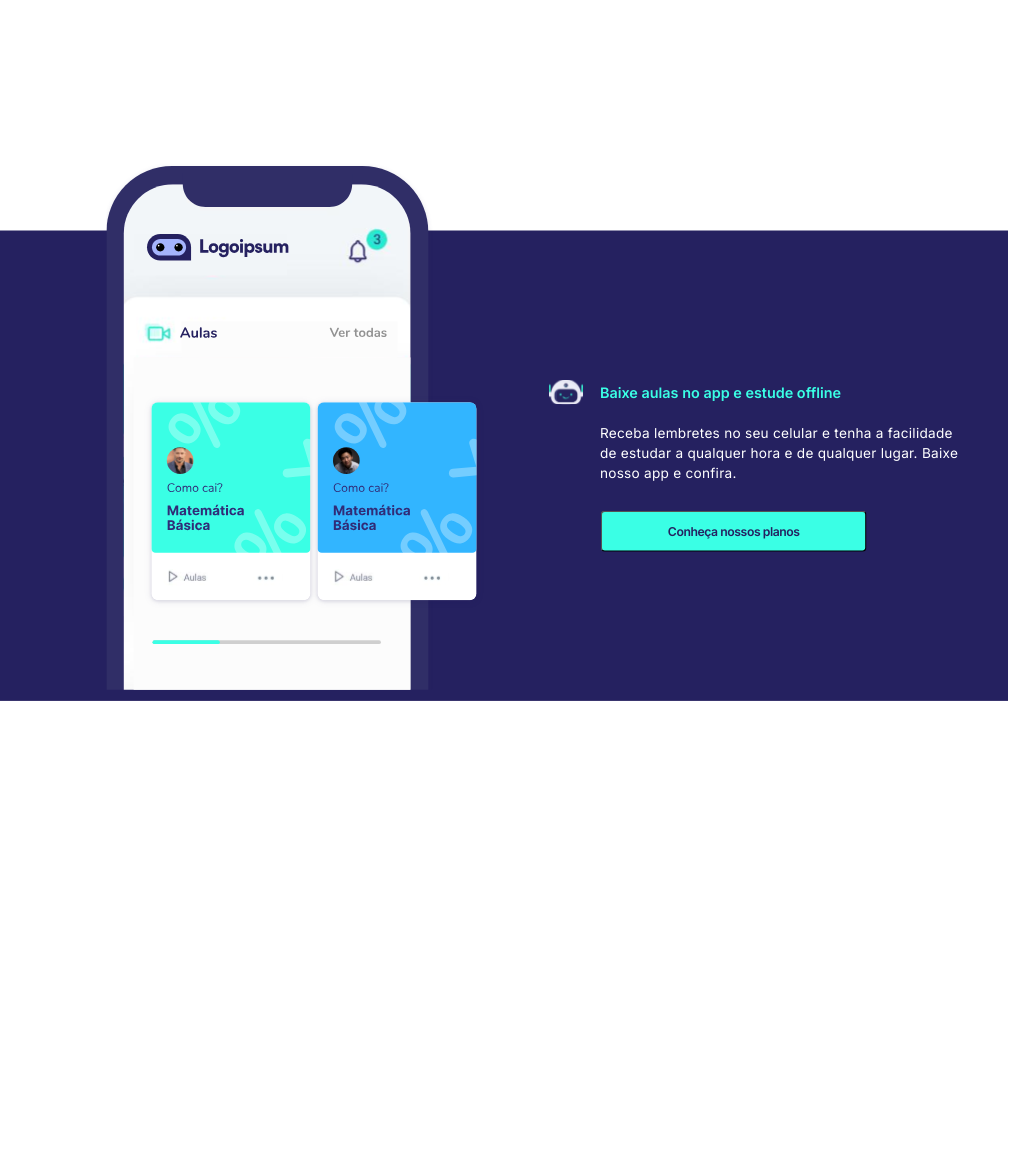
Repository: Williamlmachado/Desafio-Landing-page
Page: index.html
An editor plug-in stored every save of this project. The page is shown before and after the next save, followed by the edit.
The browser window is 1280 px wide. The page is 1452 px wide, so the pictures cover 1452 px, including what lies to the right of the window. The pictures show the part of the page from y = 4206 to 5886 px (the page is 5886 px tall before and 5207 px after), at 70% of full size.
Some icons come from a web library that is not loaded, so they are not drawn.

Above is the page before, as saved 2021-11-10 19:37:09.

### index.html
<!DOCTYPE html>
<html lang="en">

<head>
  <meta charset="UTF-8">
  <meta http-equiv="X-UA-Compatible" content="IE=edge">
  <meta name="viewport" content="width=device-width, initial-scale=1.0">
  <link rel="stylesheet" href="path/to/font-awesome/css/font-awesome.min.css">
  <link href="https://fonts.googleapis.com/css2?family=Inter:wght@100;200;300;400;500;600&display=swap" rel="stylesheet">
  <link href="https://fonts.googleapis.com/css2?family=Nunito:ital,wght@0,200;0,300;0,400;0,700;0,800;0,900;1,200;1,300;1,400;1,600;1,700;1,800;1,900&display=swap" rel="stylesheet">
  <link href="https://fonts.googleapis.com/css2?family=Fredoka+One&display=swap" rel="stylesheet">
  <link href="https://cdn.jsdelivr.net/npm/bootstrap@5.1.3/dist/css/bootstrap.min.css" rel="stylesheet"
    integrity="sha384-1BmE4kWBq78iYhFldvKuhfTAU6auU8tT94WrHftjDbrCEXSU1oBoqyl2QvZ6jIW3" crossorigin="anonymous">
  <link rel="stylesheet" href="style.css">
  <script src="https://cdn.jsdelivr.net/npm/bootstrap@5.1.3/dist/js/bootstrap.bundle.min.js"
    integrity="sha384-ka7Sk0Gln4gmtz2MlQnikT1wXgYsOg+OMhuP+IlRH9sENBO0LRn5q+8nbTov4+1p"
    crossorigin="anonymous"></script>
  <title>Document</title>

<body>
  <nav class="navbar navbar-expand-lg navbar-light bg-light">
    <a class="navbar-brand" href="#">
      <img src="img/logoipsum-logo-40 2.svg" alt="logo">
    </a>
    <button class="navbar-toggler" type="button" data-toggle="collapse" data-target="#navbarNav" aria-controls="navbarNav" aria-expanded="false" aria-label="Toggle navigation">
      <span class="navbar-toggler-icon"></span>
    </button>
    <nav>
    <div class="collapse navbar-collapse" id="navbarNav">
      <ul class="navbar-nav">
      <nav class="navbar-nav ml-auto">
        <li class="nav-item">
          <a class="nav-link disabled" href="#">Home <span class="sr-only"></span></a>
        </li>
        <li class="nav-item">
          <a class="nav-link disabled" href="#">Quem Somos</a>
        </li>
        <li class="nav-item-right">
          <a class="nav-link disabled" href="#">Plano</a>
        </li>
        <li class="nav-item">
          <a class="nav-link disabled" href="#">Fale Conosco</a>
        </li>
        <li class="nav-item">
          <button class="nav-button" type="button">Entrar</button>
        </li>
      </nav>
      </ul>
    </div>
  </nav>
    <div class="retangle-1">
      <div class="row">
          <div class="retangle-8">
           <div class="col"><img class="spaceboy" src="img/image 3.svg" alt="astronauta"><H4 class="frase1">Seja aprovado no Enem e Vestibulares :)</H4>
          <H1 class="frase2">Você escolhe o que aprender.</H1></div>
          <h4 class="frase3">Aqui você terá toda assistência que precisa
            com materiais desenvolvido por mestres e doutores em matemática</h4>
          <button type="button" class="buttonret"><p class="fraseButton">Veja nossos planos</p><i class="fas fa-arrow-right"></i></button>
          </div>
          </div>
        <div class="col"><img class="boy" src="img/image 8.svg" alt="garoto"></div>
     </div>
    </div>
  <div class="retangle-2">
    <div class="escolas">
    <img src="img/Captura de Tela 2021-05-22 às 02.33 1.svg" alt="escolas">
  </div>
  <div class="row">
    <div class="col"><img class="smallogos" src="img/Group 53.svg" alt="smallogos"><p class="group12"><img class="group12" src="img/Group 12.svg"></p><p><img class="group13" src="img/Group 13.svg"></p><p><img class="group14" src="img/Group 14.svg"></p></div>
    <div class="col"><img class="adolescente" src="img/pretty-teenager-happy-to-be-back-at-university 1.svg" alt="prettyteenager"></div>
  </div>
    <div class="retangle-3">
      <div class="row">
        <div class="column1"><img class="feliz" src="img/image 43.svg" alt="foguete"><div class="frase4"><p>100% MATEMÁTICA</p></div><h3 class="frase5">Matemática pra quem quer entrar na facul</h3><h4 class="frase6">Somos um cursinho online especialista em ensinar matemática. Temos os melhores professores mestres e doutores para tirar suas dúvidas e te ensinar matemática desde a teoria até a resolução de exercícios de todos os níveis.</h4></div></div>

       <div class="column2"><img class="foguete" src="img/image 45.svg" alt="feliz"><div class="frase7"><p>QUER SER APROVADO?</p></div><h3 class="frase8">Se seu foco é ser aprovado, nós estamos aqui por você.</h3><h4 class="frase9">Somos um cursinho online especialista em ensinar matemática. Temos os melhores professores mestres e doutores para tirar suas dúvidas e te ensinar matemática desde a teoria até a resolução de exercícios de todos os níveis.</h4></div></div>
        </div>
      </div>
    </div>
    <div class="retangle-5">
      <div class="row">
        <div class="col-1">
            <div class="retint1"><h4 class="nossosplanos">Nossos planos</h4><p class="invista"></p></div>
        </div>
        <div class="col-2">
          <div class="retint2"></div>
        </div>
      </div>

    </div>
    <div class="retangle-4">
      <div class="row">
        <div class="col"><img class="celular" src="img/Frame 12.svg"><img class="celulardados" src="img/Group 41.svg"><img class="spaceboy2" src="img/image 3.svg" alt="spaceboy2"><h4 class="Baixe">Baixe aulas no app e estude offline</h4><p class="receba">Receba lembretes no seu celular e tenha a facilidade de estudar a qualquer hora e de qualquer lugar.
          Baixe nosso app e confira.</p><button type="button" class="buttonret4"><p class="fraseButton">Conheça nossos planos</p><i class="fas fa-arrow-right"></i></button></div>
        <div class="col"></div>
    </div>
  </div>
  <!-- <footer id="footer" class="py-5">
    <div class="row">
      <div class="col-md-5">
        <img class="" src="img/logoipsum-logo-40 2.svg" alt="logo">
        <div><img class=""src="img/Captura de Tela 2021-05-25 às 19.59 1.svg" alt="androideios"></div>
      </div>
      <div class="col-sm-2">
        <h5>Localização</h5>
        <p>Av. Brg. Faria Lima , 1422 São Paulo - SP </p>
      </div>
      <div class="col-sm-2">
        <h5>Fale Conosco</h5>
        <p>(22) 4442-0126</p>
        <p>info@digihouse.com</p>
      </div>
      <div class="col-sm-2">
        <h5>Política</h5>
        <p>Direitos autorais</p>
        <p>Termos de uso</p>
        <p>Políticas de Privacidade</p>
      </div>
      <hr class="linha"> -->
      <!-- <img class="copyright" src="img/Copyright.svg" alt="copyright"> -->
<span>Copyright 2021. All Right Reserved </span>
  </footer>
  </div>
</body>
</head>
</html>

### style.css
.nav-button{
    display: flex;
    flex-direction: row;
    justify-content: center;
    align-items: center;
    padding: 15px 116px;

    width: 133px;
    height: 43px;
    left: 1239px;
    top: 18px;

    /* Primary */
    background: #252160;

    /* Branco */
    border: 1px solid #FFFFFF;
    box-sizing: border-box;
    border-radius: 6px;
    color: #FFFFFF;
}

.nav-home{
    position: absolute;
    width: 46px;
    height: 22px;
    left: 5px;
    top: 0px;

    font-family: Inter;
    font-style: normal;
    font-weight: bold;
    font-size: 16px;
    line-height: 22px;

    /* identical to box height, or 137% */

    /* Primary */
    color: #252160;
}

.navbrad-brand{
    position: absolute;
    left: 58.02%;
    right: 35.2%;
    top: 34.99%;
    bottom: 29.03%;

    /* Primary */
    background: #252160;
}

#footer{
    position: absolute;
    width: 1550px;
    height: 373px;
    /* left: calc(50% - 1449px/2 + 4.5px); */
    top: calc(50% - 373px/2 + 2603.5px);

    /* Branco */
    background: #FFFFFF;
}

.imagemfooter{
    position: absolute;
    left: 3.51%;
    right: 72.51%;
    top: 18.75%;
    bottom: 18.75%;
    color: #A5B4FC;
}

.linha{
    margin-top: 150px;
    position: absolute;
    width: 1210px;
    left: 135px;
    border: 1px solid rgba(84, 84, 212, 0.34);
}

.col-md-5{
    align-items: center;
    align-content: center;
}

.copyright{

}

.retangle-1{
    position: absolute;
    width: 1440px;
    height: 821px;
    left: 0px;
    top: 79px;

    /* Primary */
    background: #252160;
}

.spaceboy{
    position: absolute;
    width: 50.02px;
    height: 36.06px;
    left: 125px;
    right: 150px;
    flex: none;
    order: 0;
    flex-grow: 0;
    margin: 50px -15px;
    transform: rotate(+15.22deg);
}

.retangle-2{
    position: absolute;
    width: 1440px;
    height: 821px;
    left: 0px;
    top: 900px;
    background: #ffff;
}
.retangle-3{
    position: absolute;
    width: 1440px;
    height: 954px;
    left: 0px;
    top: 800px;
    background: #F8F8F8
}

.escolas{
    position: absolute;
    width: 1270px;
    height: 164px;
    left: 66px;
    top: 35px;
}

.adolescente{
    position: relative;
    width: 600px;
    height: 738px;
    left: 25px;
    top: 105px;
    flex: none;
    order: 0;
    flex-grow: 0;
    margin: 6px 0px;
}

.smallogos{
    position: absolute;
    width: 67.79px;
    height: 403.63px;
    left: 112px;
    top: 275px;
}

.group12{
    position: absolute;
    width: 510.72px;
    height: 141px;
    left: 80px;
    top: 220px;
}

.group13{
    position: absolute;
    width: 510.72px;
    height: 155px;
    left: 195px;
    top: 275px;
}

.group14{
    position: absolute;
    width: 510.72px;
    height: 131px;
    left: 214px;
    top: 618px;
}

.boy{
    position: absolute;
    left: 763px;
    right: 143px;
    top: 153px;
    bottom: 120px;

}

.retangle-8{
    /* Rectangle 8 */

    position: absolute;
    width: 741.6px;
    height: 645.98px;
    left: 60px;
    top: 106px;

    background: #292663;
    border-radius: 124px;
    transform: rotate(-15.22deg);
    }

.frase1{
    position: absolute;
    width: 472px;
    height: 28px;
    top: 81PX;
    left:200px;
    right: 100px;

    font-family: inter;
    font-style: normal;
    font-weight: bold;
    font-size: 20.59px;
    line-height: 26px;

    color: #3AFFE5;
    flex: none;
    order: 1;
    flex-grow: 0;
    margin: 50px -30px;
    transform: rotate(+15.22deg);
}

.frase2{
    position: absolute;
    width: 631px;
    height: 151px;
    left: 65px;
    top: 200px;

    font-family: Fredoka One;
    font-style: normal;
    font-weight: normal;
    font-size: 65.1467px;
    line-height: 76px;
    transform: rotate(+15.22deg);
    /* or 116% */
    letter-spacing: -0.01em;

    /* Branco */
    color: #FFFFFF;
}

.frase3{
    position: absolute;
    width: 523px;
    height: 87px;
    left: 35px;
    top: 350px;

    font-family: Inter;
    font-style: normal;
    font-weight: normal;
    font-size: 19.45px;
    line-height: 29px;
    transform: rotate(+15.22deg);
    /* or 149% */
    letter-spacing: 0.38px;

    color: #FFFFFF;
}

.buttonret{
    display: flex;
    flex-direction: row;
    justify-content: center;
    align-items: center;
    padding: 15px 116px;

    position: absolute;
    width: 380.41px;
    height: 59.33px;
    left: 15px;
    top: 440px;
    transform: rotate(+15.22deg);
    /* Secundary */
    background: #3AFFE5;
    border-radius: 6px;
}

.fraseButton{
    position: static;
    height: 21px;
    left: 22.42%;
    right: 37.1%;
    top: calc(50% - 21px/2 + 0px);

    font-family: Inter;
    font-style: normal;
    font-weight: bold;
    font-size: 17.45px;
    line-height: 21px;
    text-align: center;
    letter-spacing: -0.618281px;

    /* Primary */
    color: #252160;


    /* Inside Auto Layout */
    flex: none;
    order: 0;
    flex-grow: 0;
    margin: 0px 24px;
}

.feliz{

    position: absolute;
    width: 430.2px;
    height: 469.21px;
    left: 817.06px;
    top: 425px;
    background: url(.png);
    transform: rotate(-12.24deg);
}

.frase4{
    position: absolute;
    width: 394.54px;
    height: 30px;
    left: 705px;
    top: 88px;
    font-family: Nunito;
    font-style: normal;
    font-weight: bold;
    font-size: 22px;
    line-height: 30px;
    /* Azul */
    color: #32B5FF;
}

.frase5{
    position: absolute;
width: 575.63px;
height: 122px;
left:705px;
top: 123px;

font-family: Nunito;
font-style: normal;
font-weight: bold;
font-size: 44.83px;
line-height: 61px;

/* Primary */
color: #252160;
}

.frase6{
    position: absolute;
    width: 600px;
    height: 182.69px;
    left: 705px;
    top: 261px;

    font-family: Inter;
    font-style: normal;
    font-weight: normal;
    font-size: 20px;
    line-height: 37px;

    /* or 186% */

    /* Gray - 200 */
    color: #7B7B7B;
}

.frase7{
    position: absolute;
    width: 394.54px;
    height: 30px;
    left: 135px;
    top: 575px;
    font-family: Nunito;
    font-style: normal;
    font-weight: bold;
    font-size: 22px;
    line-height: 30px;
    /* Azul */
    color: #32B5FF;
}


.frase8{
    position: absolute;
    width: 575.12px;
    height: 121.47px;
    left: 135px;
    top: 618.53px;

    font-family: Nunito;
    font-style: normal;
    font-weight: bold;
    font-size: 44.8277px;
    line-height: 61px;

    /* Primary */
    color: #252160;
}

.frase9{
    position: absolute;
    width: 598px;
    height: 157px;
    left: 135px;
    top: 753.53px;

    font-family: Inter;
    font-style: normal;
    font-weight: normal;
    font-size: 20px;
    line-height: 37px;

    /* or 185% */

    /* Gray - 200 */
    color: #7B7B7B;
}

.foguete{
    position: absolute;
    width: 450px;
    height: 450px;
    left: 167px;
    top: 75px;

}

.retangle-4{
    position: absolute;
    width: 1440px;
    height: 672px;
    left: 0px;
    top: 4535px;
    background: #252160;
}

.celular{
    position: absolute;
    width: 480px;
    height: 756px;
    left: 152px;
    top: -100px;
}

.celulardados{
    position: absolute;
    width: 482.9px;
    height: 294.32px;
    left: 207.1px;
    top: 240.53px;

    filter: drop-shadow(0px 1.08032px 5.40161px rgba(37, 33, 96, 0.1));
}
.spaceboy2{
    width: 50.02px;
    height: 36.06px;
    margin-top: 213px;
    margin-left: 784px;
}

.Baixe{
    position: static;
    width: 472px;
    height: 28px;
    left: 213.02px;
    top: 857.02px;

    font-family: Inter;
    font-style: normal;
    font-weight: bold;
    font-size: 20.59px;
    line-height: 26px;

    /* or 124% */

    /* Secundary */
    color: #3AFFE5;


    /* Inside Auto Layout */
    flex: none;
    order: 1;
    flex-grow: 0;
    margin-top: -30px;
    margin-left: 857.02px;
}

.receba{
    position: absolute;
    width: 523px;
    height: 87px;
    left: 857.02px;
    top: 275px;

    font-family: Inter;
    font-style: normal;
    font-weight: normal;
    font-size: 19.45px;
    line-height: 29px;

    /* or 149% */
    letter-spacing: 0.38px;

    /* Branco */
    color: #FFFFFF;
}

.buttonret4{
    display: flex;
    flex-direction: row;
    justify-content: center;
    align-items: center;
    padding: 15px 116px;

    position: absolute;
    width: 380.41px;
    height: 59.33px;
    left: 858px;
    top: 400px;
    /* Secundary */
    background: #3AFFE5;
    border-radius: 6px;
}

.retangle-5{
    position: absolute;
    width: 1440px;
    height: 1880px;
    left: 0px;
    top: 2656px;
    background: #ffff;
}

.retint1{
    position: absolute;
    width: 570px;
    height: 692px;
    left: 134px;
    top: 237px;

    /* Primary */
    background: #252160;
    border-radius: 18px;
}

.retint2{
    position: absolute;
    width: 570px;
    height: 692px;
    left: 734px;
    top: 237px;

    border: 1px solid rgba(32, 30, 84, 0.18);
    box-sizing: border-box;
    border-radius: 18px;
}

.nossosplanos{
    position: absolute;
    width: 333.69px;
    height: 30px;
    left: 135px;
    top: 70px;
    font-family: Nunito;
    font-style: normal;
    font-weight: bold;
    font-size: 22px;
    line-height: 30px;
    color: #32B5FF;
}

.invista{
    position: absolute;
    width: 424px;
    height: 61px;
    left: 118px;
    top: 2932px;

    font-family: Nunito;
    font-style: normal;
    font-weight: bold;
    font-size: 44.8277px;
    line-height: 61px;

    color: #252160;
}

After the next save:
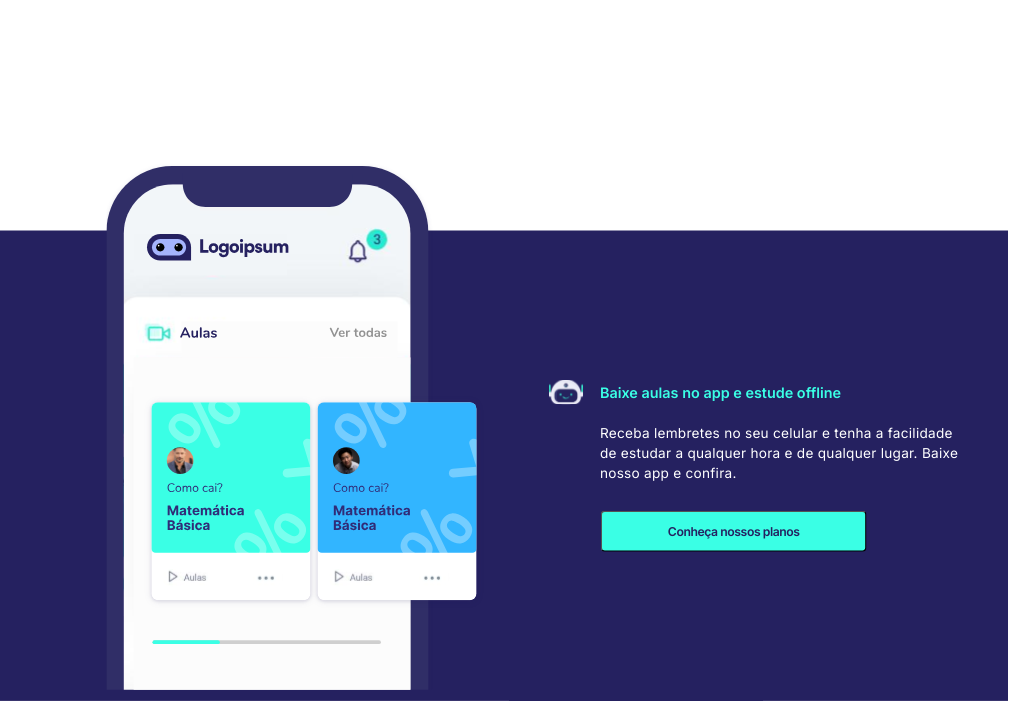
Saved 8 s later.
--- a/style.css
+++ b/style.css
@@ -579,8 +579,8 @@
     position: absolute;
     width: 424px;
     height: 61px;
-    left: 118px;
-    top: 2932px;
+    left: 135px;
+    top: 118px;
 
     font-family: Nunito;
     font-style: normal;
